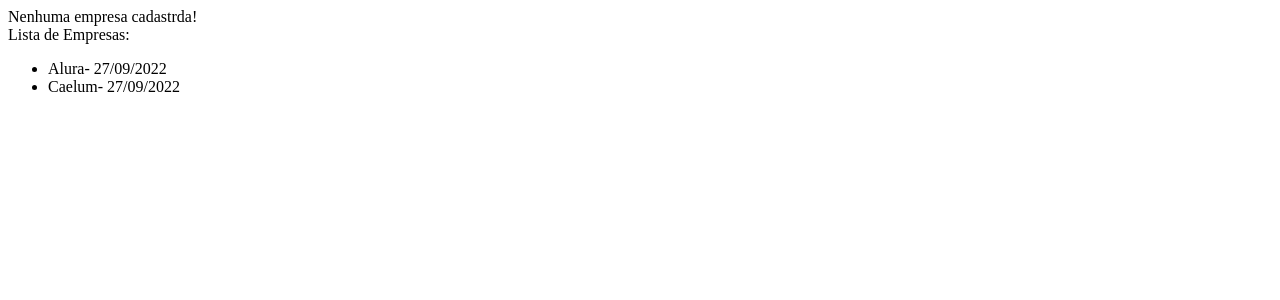
Repository: DiegoDBLe/JavaAlura
Page: http://localhost/gerenciador/listaEmpresas
The author's editor kept a copy of each file at every save. The page is drawn from the files as they stood at one save, then again after the next save.
The browser window is 1280 px wide. The pictures show the whole page.
The page is served by Tomcat 10.

Above is the page before, as saved 2022-10-08 13:22:37.

After the next save:
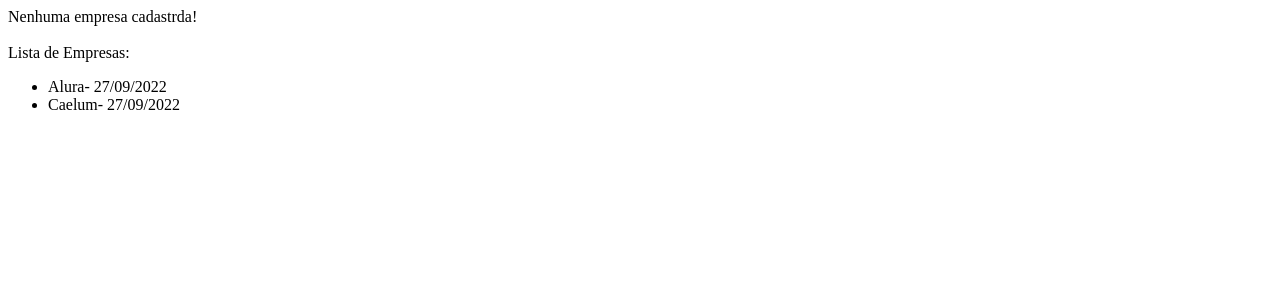
Saved 19 s later.
--- a/gerenciador/src/main/webapp/listaEmpresas.jsp
+++ b/gerenciador/src/main/webapp/listaEmpresas.jsp
@@ -21,7 +21,7 @@
 			Nenhuma empresa cadastrda!
 			<br>
 	</c:if>
-	Lista de Empresas:
+	<br>Lista de Empresas:
 	<br>
 
 	<ul>
